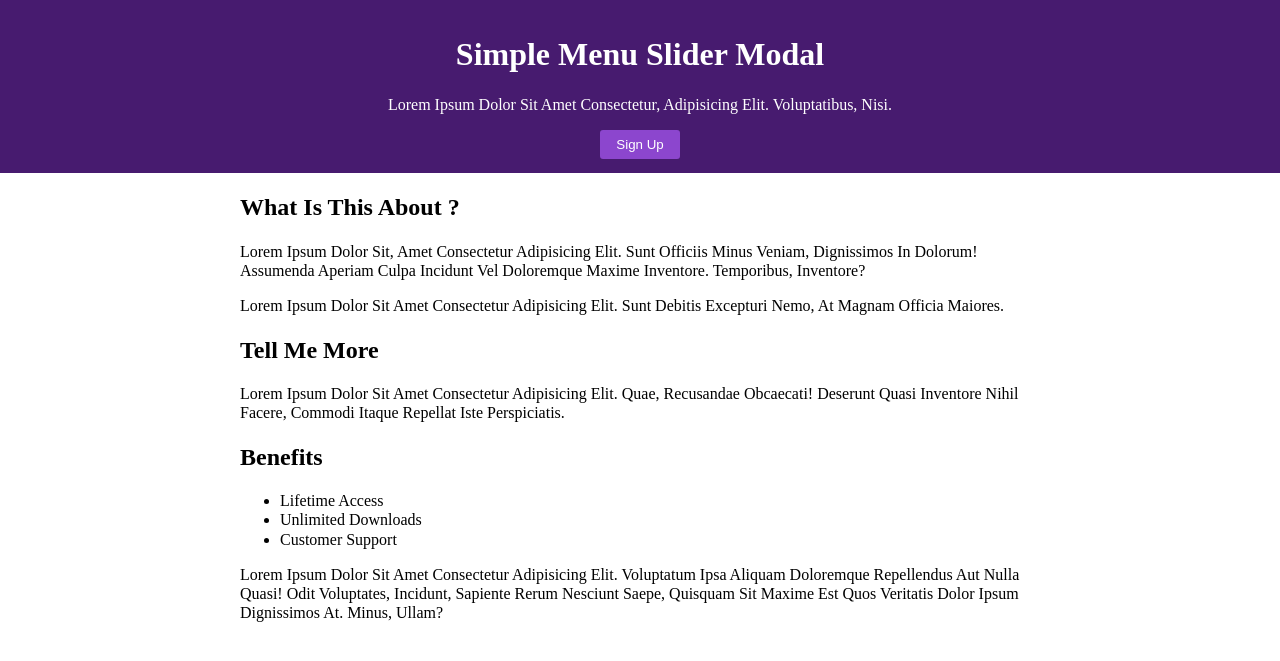
Repository: lilo750/Menu-Slider-modal
Page: index.html
The author's editor kept a copy of each file at every save. The page is drawn from the files as they stood at one save, then again after the next save.
The browser window is 1280 px wide. The pictures show the whole page.

Above is the page before, as saved 2024-01-14 14:25:42.

### index.html
<!DOCTYPE html>
<html lang="en">
    <head>
        <meta charset="UTF-8" />
        <meta name="viewport" content="width=device-width, initial-scale=1.0" />
        <title>menu-slider-modal</title>
        <script defer src="assets/logic.js"></script>
        <link rel="stylesheet" href="assets/style.css" />
    </head>
    <body>
        <!-- <div class="left-menu">
                    <aside>
                        <div id="profile-img">
                            <img
                                src="assets/visuals/profile-img.jpg"
                                alt="profile image"
                            />
                        </div>
                        <ul>
                            <li>home</li>
                            <li>portfolio</li>
                            <li>blog</li>
                            <li>contact me</li>
                        </ul>
                    </aside>
                    <button>
                        <img
                            src="assets/visuals/burger-menu-svgrepo-com.svg"
                            alt="burger icon"
                        />
                    </button>
                </div> -->
        <div class="container">
            <header>
                <div class="heading">
                    <h1>Simple Menu slider Modal</h1>
                    <p>
                        Lorem ipsum dolor sit amet consectetur, adipisicing
                        elit. Voluptatibus, nisi.
                    </p>
                    <button id="signUp-btn">Sign Up</button>
                </div>
            </header>

            <main>
                <h2>what is this about ?</h2>
                <p>
                    Lorem ipsum dolor sit, amet consectetur adipisicing elit.
                    Sunt officiis minus veniam, dignissimos in dolorum!
                    Assumenda aperiam culpa incidunt vel doloremque maxime
                    inventore. Temporibus, inventore?
                </p>
                <p>
                    Lorem ipsum dolor sit amet consectetur adipisicing elit.
                    Sunt debitis excepturi nemo, at magnam officia maiores.
                </p>
                <h2>tell me more</h2>
                <p>
                    Lorem ipsum dolor sit amet consectetur adipisicing elit.
                    Quae, recusandae obcaecati! Deserunt quasi inventore nihil
                    facere, commodi itaque repellat iste perspiciatis.
                </p>
                <h2>benefits</h2>
                <ul>
                    <li>lifetime access</li>
                    <li>unlimited downloads</li>
                    <li>customer support</li>
                </ul>
                <p>
                    Lorem ipsum dolor sit amet consectetur adipisicing elit.
                    Voluptatum ipsa aliquam doloremque repellendus aut nulla
                    quasi! Odit voluptates, incidunt, sapiente rerum nesciunt
                    saepe, quisquam sit maxime est quos veritatis dolor ipsum
                    dignissimos at. Minus, ullam?
                </p>
            </main>
        </div>
        <!-- ./container -->
    </body>
</html>

### assets/style.css
body {
    height: 100vh;
    margin: 0;
    padding: 0;
    text-transform: capitalize;
    line-height: 1.2;
}

.container {
    display: flex;
    flex-direction: column;

    & header {
        background-color: rgb(71, 27, 111);
        color: #fff;
        text-align: center;
        padding: 14px 8px;

        #signUp-btn {
            background-color: rgb(140, 70, 206);
            color: inherit;
            border: 0;
            outline: 2px;
            padding: 7px 16px;
            border-radius: 3px;
            cursor: pointer;
            /* font-size: 16px; */
        }
    }

    & main {
        /* display: flex;
        flex-direction: column;
        justify-content: center;
        align-items: center; */
        max-width: 800px;
        align-self: center;
        /* padding-inline: 25px; */
    }
}

Loaded but not shown: assets/logic.js (no copy from this time; the picture is the same without it)

After the next save:
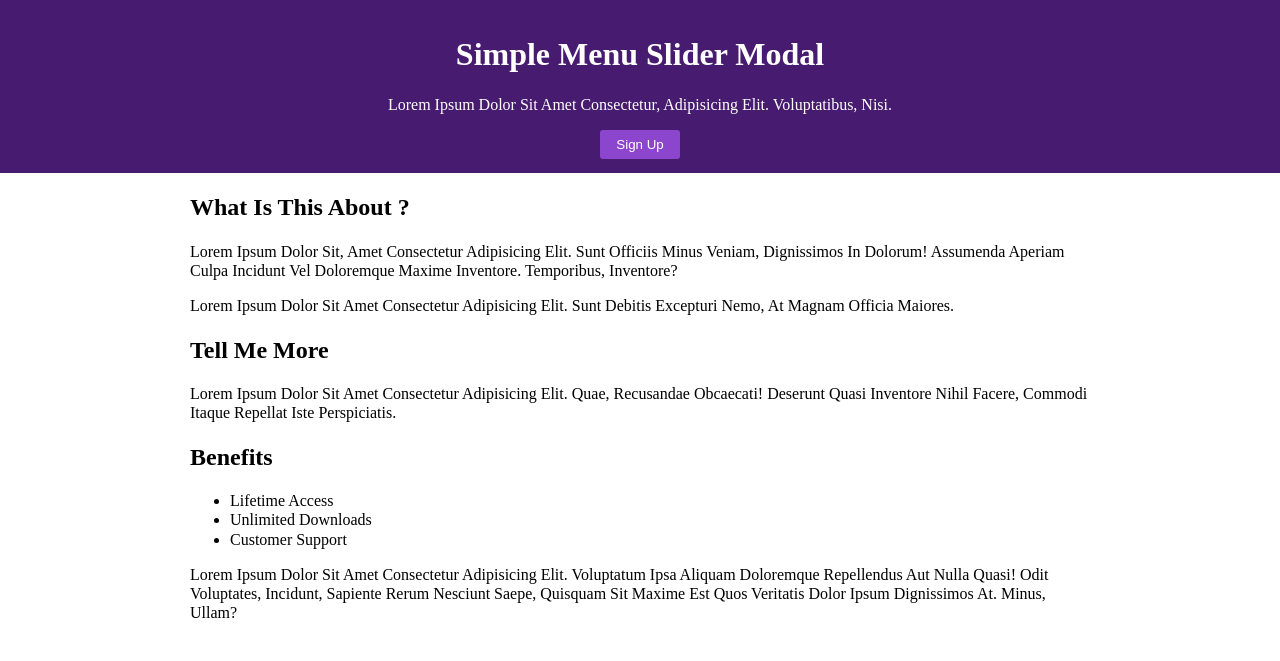
Saved 6 s later.
--- a/assets/style.css
+++ b/assets/style.css
@@ -33,7 +33,7 @@ body {
         flex-direction: column;
         justify-content: center;
         align-items: center; */
-        max-width: 800px;
+        max-width: 900px;
         align-self: center;
         /* padding-inline: 25px; */
     }
